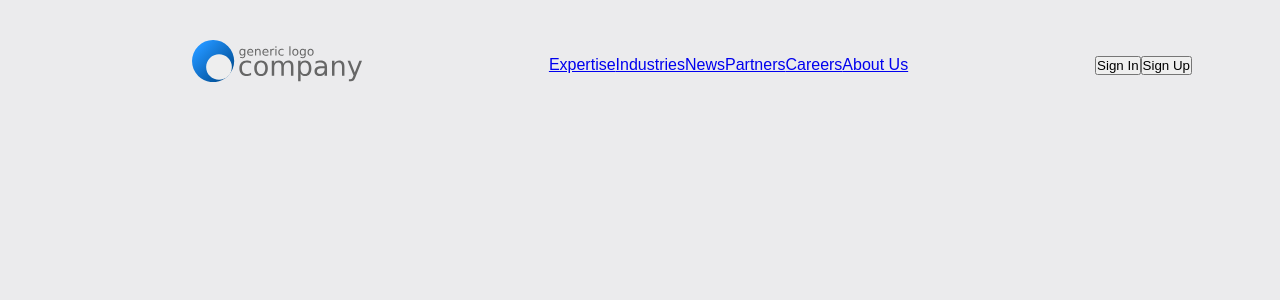
Repository: Andriy-Ma/widgetTask
Page: /
An editor plug-in stored every save of this project. The page is shown before and after the next save, followed by the edit.
The browser window is 1280 px wide. The pictures show the whole page.
The project was rebuilt for these pictures with package versions that can differ from the ones it lists, and the page was loaded fresh each time.

Above is the page before, as saved 2022-08-29 16:37:58.

### src/index.css
* {
  box-sizing: border-box;
  margin: 0;
  padding: 0;
}
body {
  font-family: 'Poppins', sans-serif;
  background-color: #ebebed;
  -webkit-font-smoothing: antialiased;
  -moz-osx-font-smoothing: grayscale;
}

### src/App.js
import React from 'react';
import styles from './App.module.css';
import Header from './components/Header/header';

function App() {
  return (
    <div className={styles.container}>
      <Header/>
    </div>
  );
}

export default App;

### src/App.module.css
.container {
    display: block;
    align-items: center;
    justify-content: center;
    padding-left: 15%;
    padding-right: 15%;
}

### src/components/Header/header.jsx
import React from 'react';
import Icon from './logo-generic';
import styles from './header.module.css';

function Header() {
  return (
    <div className={styles.nameOfMenu} id="myTopnav">
        <div className={styles.logo}>
          <a href="#home">
            <Icon/>
          </a>
        </div>
        <div >
          <a href="#news">Expertise</a>
          <a href="#contact">Industries</a>
          <a href="#about">News</a>
          <a href="#news">Partners</a>
          <a href="#contact">Careers</a>
          <a href="#about">About Us</a>
        </div>
        <div>
          <button>Sign In</button>
          <button>Sign Up</button>
        </div>
    </div>
  )
}

export default Header;

### src/components/Header/logo-generic.jsx
import React from "react";

function Icon() {
  return (
    <svg
      xmlns="http://www.w3.org/2000/svg"
      version="1.1"
      viewBox="0 0 1425.8 353.74"
    >
      <defs>
        <linearGradient
          id="linearGradient5311"
          x1="-467.57"
          x2="-469.87"
          y1="-68.973"
          y2="488.43"
          gradientUnits="userSpaceOnUse"
        >
          <stop offset="0" stopColor="#2294fe"></stop>
          <stop offset="1" stopColor="#014f96"></stop>
        </linearGradient>
      </defs>
      <g transform="translate(364.43 8.482)">
        <g>
          <g fill="#666" transform="translate(-14.426 -21.336)">
            <path d="M145.49 192.37v19.095c-5.773-3.182-11.583-5.55-17.43-7.105a64.331 64.331 0 00-17.541-2.443c-13.248 0-23.536 4.22-30.863 12.657-7.327 8.363-10.991 20.13-10.991 35.304 0 15.172 3.663 26.977 10.991 35.415 7.327 8.363 17.615 12.545 30.863 12.545 5.92 0 11.768-.778 17.541-2.332 5.847-1.628 11.657-4.033 17.43-7.216v18.873a83.693 83.693 0 01-17.763 5.995c-6.07 1.332-12.545 1.998-19.428 1.998-18.725 0-33.601-5.884-44.629-17.652s-16.542-27.643-16.542-47.627c0-20.279 5.55-36.229 16.653-47.849 11.176-11.62 26.459-17.43 45.85-17.43 6.29 0 12.434.666 18.429 1.999a81.647 81.647 0 0117.43 5.772"></path>
            <path d="M228.98 201.92c-10.954 0-19.613 4.293-25.978 12.878-6.365 8.511-9.548 20.205-9.548 35.082 0 14.876 3.146 26.607 9.437 35.193 6.365 8.511 15.061 12.767 26.089 12.767 10.88 0 19.502-4.293 25.867-12.878 6.365-8.585 9.547-20.279 9.547-35.082 0-14.728-3.182-26.385-9.547-34.971-6.365-8.66-14.987-12.989-25.867-12.989m0-17.319c17.763 0 31.714 5.773 41.854 17.319s15.209 27.532 15.209 47.96c0 20.353-5.07 36.34-15.209 47.96-10.14 11.546-24.091 17.319-41.854 17.319-17.837 0-31.825-5.773-41.965-17.319-10.066-11.62-15.098-27.606-15.098-47.96 0-20.427 5.033-36.414 15.098-47.96 10.14-11.546 24.128-17.319 41.965-17.319"></path>
            <path d="M416.6 211.46c5.107-9.177 11.213-15.949 18.318-20.316 7.105-4.367 15.468-6.55 25.09-6.55 12.952 0 22.943 4.552 29.975 13.655 7.03 9.03 10.546 21.908 10.547 38.634v75.048h-20.538v-74.382c0-11.916-2.11-20.76-6.328-26.533-4.219-5.773-10.658-8.66-19.317-8.66-10.584 0-18.947 3.516-25.09 10.548-6.143 7.03-9.215 16.616-9.214 28.754v70.274h-20.538V237.55c0-11.99-2.11-20.834-6.328-26.533-4.22-5.773-10.732-8.66-19.54-8.66-10.435 0-18.724 3.553-24.867 10.658-6.143 7.031-9.215 16.58-9.215 28.643v70.274h-20.538v-124.34h20.538v19.317c4.663-7.623 10.251-13.248 16.764-16.875 6.513-3.626 14.247-5.44 23.203-5.44 9.03 0 16.69 2.295 22.981 6.883 6.365 4.59 11.065 11.25 14.099 19.983"></path>
            <path d="M560.7 293.28v65.945h-20.538v-171.63H560.7v18.873c4.293-7.401 9.695-12.878 16.209-16.431 6.587-3.627 14.432-5.44 23.536-5.44 15.098 0 27.347 5.995 36.747 17.985 9.473 11.99 14.21 27.755 14.21 47.294 0 19.54-4.737 35.304-14.21 47.294-9.4 11.99-21.649 17.985-36.747 17.985-9.104 0-16.949-1.776-23.536-5.329-6.513-3.626-11.916-9.14-16.209-16.542m69.497-43.408c0-15.024-3.109-26.792-9.326-35.304-6.143-8.585-14.617-12.878-25.423-12.878-10.806 0-19.317 4.293-25.534 12.878-6.143 8.512-9.214 20.28-9.214 35.304 0 15.024 3.071 26.83 9.214 35.415 6.217 8.512 14.728 12.767 25.534 12.767s19.28-4.255 25.423-12.767c6.217-8.585 9.326-20.39 9.326-35.415"></path>
            <path d="M741.77 249.43c-16.505 0-27.94 1.887-34.304 5.662-6.365 3.775-9.548 10.214-9.547 19.317 0 7.253 2.368 13.026 7.105 17.319 4.81 4.219 11.324 6.328 19.539 6.328 11.324 0 20.39-3.997 27.199-11.99 6.883-8.067 10.325-18.762 10.325-32.084v-4.552H741.77m40.744-8.437v70.94h-20.427V293.06c-4.663 7.549-10.473 13.137-17.43 16.764-6.958 3.552-15.47 5.329-25.534 5.329-12.73 0-22.87-3.553-30.42-10.658-7.475-7.18-11.212-16.764-11.212-28.754 0-13.988 4.662-24.535 13.988-31.64 9.4-7.106 23.388-10.658 41.965-10.658h28.643v-1.999c0-9.4-3.109-16.653-9.326-21.759-6.143-5.18-14.802-7.77-25.978-7.77-7.105 0-14.025.85-20.76 2.552-6.735 1.703-13.21 4.256-19.428 7.66v-18.872c7.475-2.887 14.728-5.033 21.76-6.44 7.03-1.48 13.876-2.22 20.537-2.22 17.985 0 31.418 4.663 40.3 13.988 8.88 9.326 13.321 23.462 13.321 42.41"></path>
            <path d="M928.5 236.89v75.048h-20.427v-74.382c0-11.768-2.295-20.575-6.883-26.422-4.589-5.847-11.472-8.77-20.65-8.77-11.027 0-19.723 3.515-26.088 10.547-6.365 7.03-9.548 16.616-9.548 28.754v70.274h-20.538v-124.34h20.538v19.317c4.885-7.476 10.621-13.063 17.208-16.764 6.661-3.7 14.321-5.551 22.981-5.551 14.284 0 25.09 4.44 32.417 13.322 7.327 8.807 10.991 21.797 10.991 38.967"></path>
            <path d="M1021.2 323.48c-5.773 14.802-11.398 24.461-16.875 28.976-5.477 4.515-12.804 6.772-21.981 6.772h-16.32v-17.097h11.99c5.625 0 9.992-1.332 13.1-3.996s6.55-8.956 10.325-18.873l3.664-9.326-50.291-122.34h21.648l38.856 97.252 38.856-97.252h21.648l-54.621 135.89"></path>
          </g>
          <g fill="#666" transform="translate(-416.34 -21.336)">
            <path d="M489.95 115.06c0-6.675-1.385-11.848-4.155-15.519-2.737-3.671-6.592-5.507-11.564-5.507-4.94 0-8.794 1.836-11.564 5.507-2.737 3.671-4.105 8.844-4.105 15.519 0 6.642 1.368 11.798 4.105 15.469 2.77 3.671 6.625 5.507 11.564 5.507 4.973 0 8.827-1.836 11.564-5.507 2.77-3.671 4.155-8.828 4.155-15.469m9.211 21.727c0 9.545-2.119 16.637-6.357 21.276-4.24 4.672-10.73 7.009-19.474 7.009-3.238 0-6.292-.25-9.162-.751a44.69 44.69 0 01-8.36-2.203v-8.961c2.703 1.468 5.373 2.553 8.01 3.254 2.636.7 5.323 1.051 8.06 1.051 6.04 0 10.563-1.585 13.567-4.756 3.004-3.137 4.505-7.893 4.505-14.268v-4.555c-1.902 3.304-4.338 5.774-7.309 7.409-2.97 1.635-6.524 2.453-10.663 2.453-6.875 0-12.415-2.62-16.62-7.86-4.206-5.24-6.308-12.182-6.308-20.826 0-8.677 2.102-15.636 6.307-20.876 4.206-5.24 9.746-7.86 16.621-7.86 4.139 0 7.693.818 10.663 2.454 2.97 1.635 5.407 4.105 7.31 7.409v-8.51h9.21v49.11"></path>
            <path d="M566.09 113.41v4.506h-42.352c.4 6.34 2.303 11.18 5.707 14.518 3.438 3.304 8.21 4.956 14.318 4.956 3.538 0 6.959-.434 10.263-1.302 3.337-.868 6.642-2.17 9.912-3.905v8.711a55.24 55.24 0 01-10.163 3.204 50.9 50.9 0 01-10.563 1.102c-8.944 0-16.037-2.604-21.276-7.81-5.206-5.207-7.81-12.248-7.81-21.126 0-9.178 2.47-16.454 7.41-21.827 4.973-5.407 11.664-8.11 20.075-8.11 7.542 0 13.5 2.436 17.872 7.309 4.405 4.84 6.608 11.43 6.608 19.774m-9.211-2.703c-.067-5.04-1.486-9.062-4.256-12.065-2.736-3.004-6.374-4.506-10.914-4.506-5.14 0-9.261 1.452-12.365 4.355-3.07 2.904-4.839 6.992-5.306 12.265l32.84-.05"></path>
            <path d="M627.62 109.9v33.842h-9.211v-33.541c0-5.306-1.035-9.278-3.104-11.915-2.07-2.636-5.173-3.955-9.312-3.955-4.973 0-8.894 1.585-11.765 4.756-2.87 3.17-4.305 7.493-4.305 12.966v31.689h-9.261V87.673h9.261v8.71c2.203-3.37 4.79-5.89 7.76-7.558 3.003-1.67 6.458-2.503 10.363-2.504 6.44 0 11.314 2.003 14.618 6.008 3.304 3.971 4.956 9.829 4.956 17.572"></path>
            <path d="M694.05 113.41v4.506h-42.352c.4 6.34 2.303 11.18 5.707 14.518 3.438 3.304 8.21 4.956 14.318 4.956 3.538 0 6.959-.434 10.263-1.302 3.337-.868 6.642-2.17 9.912-3.905v8.711a55.24 55.24 0 01-10.163 3.204 50.9 50.9 0 01-10.563 1.102c-8.944 0-16.037-2.604-21.276-7.81-5.206-5.207-7.81-12.248-7.81-21.126 0-9.178 2.47-16.454 7.41-21.827 4.973-5.407 11.664-8.11 20.075-8.11 7.543 0 13.5 2.436 17.872 7.309 4.405 4.84 6.608 11.43 6.608 19.774m-9.211-2.703c-.067-5.04-1.486-9.062-4.256-12.065-2.736-3.004-6.374-4.506-10.913-4.506-5.14 0-9.261 1.452-12.365 4.355-3.07 2.904-4.839 6.992-5.306 12.265l32.84-.05"></path>
            <path d="M741.46 96.286a11.624 11.624 0 00-3.404-1.302c-1.202-.3-2.537-.45-4.005-.45-5.207 0-9.212 1.702-12.015 5.106-2.77 3.371-4.155 8.227-4.155 14.568v29.537h-9.262V87.676h9.262v8.71c1.935-3.403 4.455-5.923 7.56-7.558 3.103-1.67 6.874-2.503 11.313-2.503.634 0 1.335.05 2.103.15.767.067 1.618.183 2.553.35l.05 9.462"></path>
            <path d="M751.22 87.676h9.211v56.069h-9.211V87.676m0-21.827h9.211v11.664h-9.211V65.849"></path>
            <path d="M820.01 89.828v8.61c-2.603-1.434-5.223-2.502-7.86-3.203a29.012 29.012 0 00-7.91-1.102c-5.974 0-10.613 1.903-13.917 5.707-3.304 3.772-4.956 9.078-4.956 15.92 0 6.842 1.652 12.165 4.957 15.97 3.304 3.772 7.943 5.657 13.917 5.657 2.67 0 5.306-.35 7.91-1.051 2.636-.734 5.256-1.819 7.859-3.254v8.51a37.736 37.736 0 01-8.01 2.704c-2.737.6-5.657.9-8.76.9-8.445 0-15.153-2.652-20.126-7.959-4.973-5.306-7.459-12.465-7.459-21.477 0-9.144 2.503-16.337 7.51-21.577 5.039-5.24 11.93-7.86 20.675-7.86 2.837 0 5.607.3 8.31.902a36.82 36.82 0 017.86 2.603"></path>
            <path d="M868.57 65.849h9.211v77.896h-9.211V65.849"></path>
            <path d="M918.73 94.134c-4.94 0-8.844 1.936-11.714 5.807-2.87 3.838-4.305 9.111-4.305 15.82s1.418 11.998 4.255 15.87c2.87 3.838 6.792 5.757 11.765 5.757 4.906 0 8.794-1.935 11.664-5.807 2.87-3.871 4.305-9.144 4.305-15.82 0-6.641-1.435-11.898-4.305-15.769-2.87-3.905-6.758-5.857-11.664-5.857m0-7.81c8.01 0 14.301 2.604 18.873 7.81 4.572 5.206 6.858 12.415 6.859 21.627 0 9.178-2.287 16.387-6.859 21.627-4.572 5.206-10.863 7.81-18.873 7.81-8.043 0-14.351-2.604-18.923-7.81-4.539-5.24-6.808-12.45-6.808-21.627 0-9.211 2.27-16.42 6.808-21.627 4.572-5.206 10.88-7.81 18.923-7.81"></path>
            <path d="M996.58 115.06c0-6.675-1.385-11.848-4.155-15.519-2.737-3.671-6.592-5.507-11.564-5.507-4.94 0-8.794 1.836-11.564 5.507-2.737 3.671-4.105 8.844-4.105 15.519 0 6.642 1.368 11.798 4.105 15.469 2.77 3.671 6.625 5.507 11.564 5.507 4.973 0 8.828-1.836 11.564-5.507 2.77-3.671 4.155-8.828 4.155-15.469m9.211 21.727c0 9.545-2.119 16.637-6.357 21.276-4.24 4.672-10.73 7.009-19.474 7.009-3.238 0-6.292-.25-9.162-.751a44.69 44.69 0 01-8.36-2.203v-8.961c2.703 1.468 5.373 2.553 8.01 3.254 2.636.7 5.323 1.051 8.06 1.051 6.04 0 10.563-1.585 13.567-4.756 3.003-3.137 4.505-7.893 4.505-14.268v-4.555c-1.902 3.304-4.338 5.774-7.309 7.409-2.97 1.635-6.524 2.453-10.663 2.453-6.875 0-12.415-2.62-16.62-7.86-4.206-5.24-6.308-12.182-6.308-20.826 0-8.677 2.102-15.636 6.307-20.876 4.206-5.24 9.746-7.86 16.621-7.86 4.139 0 7.693.818 10.663 2.454 2.97 1.635 5.407 4.105 7.31 7.409v-8.51h9.21v49.11"></path>
            <path d="M1046.5 94.134c-4.94 0-8.844 1.936-11.714 5.807-2.87 3.838-4.305 9.111-4.305 15.82s1.418 11.998 4.255 15.87c2.87 3.838 6.792 5.757 11.765 5.757 4.906 0 8.794-1.935 11.664-5.807 2.87-3.871 4.305-9.144 4.305-15.82 0-6.641-1.435-11.898-4.305-15.769-2.87-3.905-6.758-5.857-11.664-5.857m0-7.81c8.01 0 14.3 2.604 18.873 7.81 4.572 5.206 6.858 12.415 6.858 21.627 0 9.178-2.286 16.387-6.858 21.627-4.572 5.206-10.864 7.81-18.873 7.81-8.043 0-14.351-2.604-18.924-7.81-4.539-5.24-6.808-12.45-6.808-21.627 0-9.211 2.269-16.42 6.808-21.627 4.572-5.206 10.88-7.81 18.924-7.81"></path>
          </g>
          <g transform="rotate(-45 269.773 885.347) scale(.61927)">
            <path
              fill="url(#linearGradient5311)"
              d="M-184.26 202.82c0 157.74-127.87 285.61-285.61 285.61s-285.61-127.87-285.61-285.61S-627.61-82.79-469.87-82.79s285.61 127.87 285.61 285.61z"
              transform="translate(1202 -114.01)"
            ></path>
            <path
              fill="#eee"
              d="M-184.26 202.82c0 157.74-127.87 285.61-285.61 285.61s-285.61-127.87-285.61-285.61S-627.61-82.79-469.87-82.79s285.61 127.87 285.61 285.61z"
              transform="translate(1018.2 79.03) scale(.60887)"
            ></path>
          </g>
        </g>
      </g>
    </svg>
  );
}

export default Icon;

### src/components/Header/header.module.css
.logo {
    display: block;
    width: 170px;
    height: 50px;
}
.nameOfMenu {
    display: flex;
    justify-content: space-between;
    align-items: center;
    padding-top: 40px;
    min-width: 1000px;
}

Loaded but not shown: public/index.html (common file); src/index.js (common file)

After the next save:
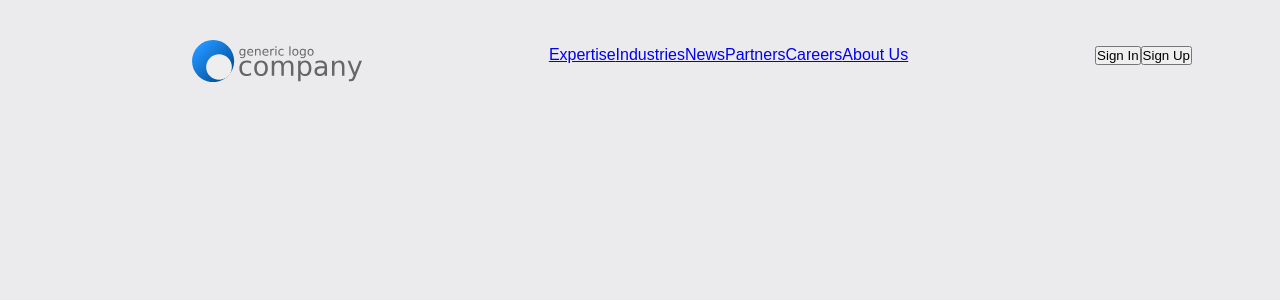
Saved 17 s later.
--- a/src/components/Header/header.module.css
+++ b/src/components/Header/header.module.css
@@ -1,7 +1,7 @@
 .logo {
     display: block;
     width: 170px;
-    height: 50px;
+    height: 30px;
 }
 .nameOfMenu {
     display: flex;
